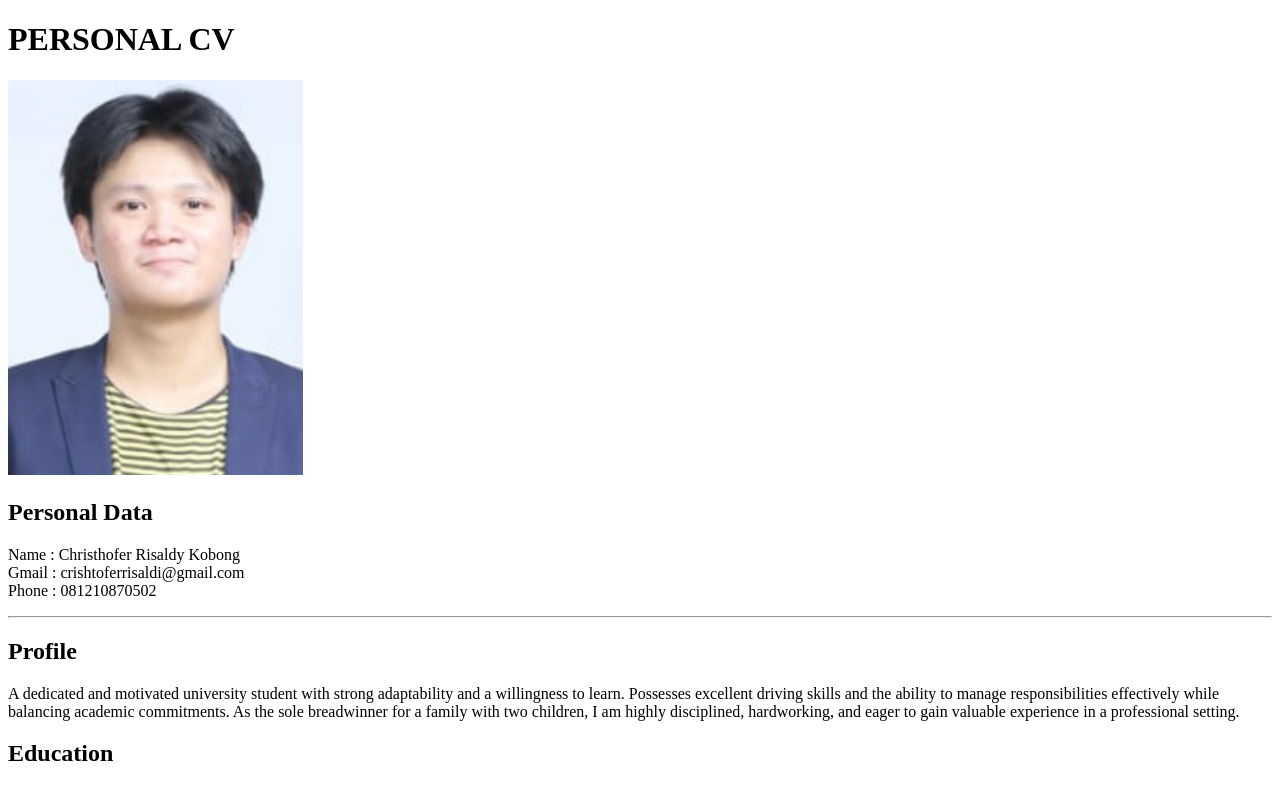
Repository: ChristhoferRisaldy/CVWeb
Page: web.html
An editor plug-in stored every save of this project. The page is shown before and after the next save, followed by the edit.
The browser window is 1280 px wide. The pictures show the whole page.

Above is the page before, as saved 2025-02-21 21:08:10.

### web.html
<!DOCTYPE html>
<html>
    <head>
        <meta name="viewport" content="width=device-width, inital-scale=1">
    </head>
    <body>
        <h1>PERSONAL CV</h1>
        <img src="1.png">
        <h2><b>Personal Data</b></h3>
        <p>
            Name : Christhofer Risaldy Kobong<br>
            Gmail : crishtoferrisaldi@gmail.com<br>
            Phone : 081210870502
        </p>
        <hr>
        <h2>Profile</h2>
        <p>A dedicated and motivated university student with strong adaptability and a willingness to learn. Possesses excellent driving skills and the ability to manage responsibilities effectively while balancing academic commitments. As the sole breadwinner for a family with two children, I am highly disciplined, hardworking, and eager to gain valuable experience in a professional setting.</p>
        <h2>Education</h2>
</html>

After the next save:
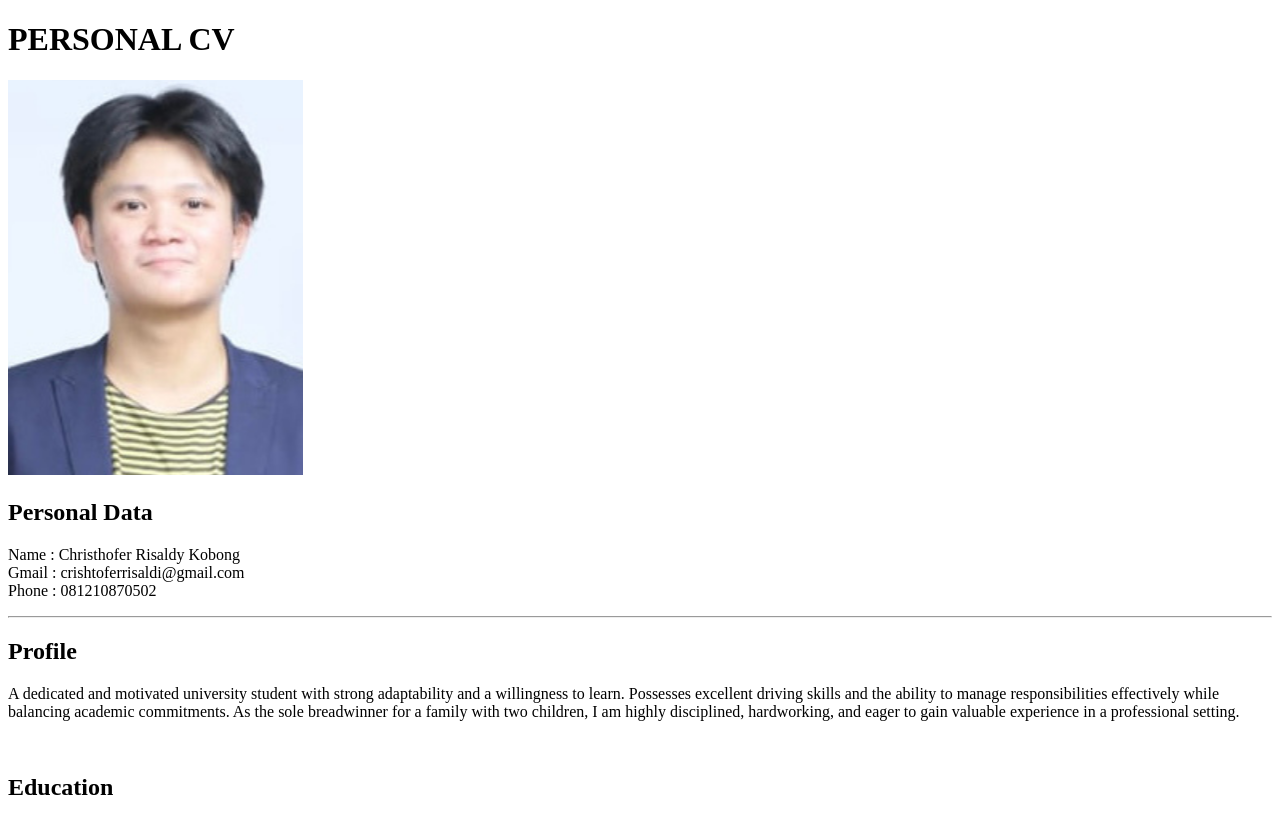
Saved 15 s later.
--- a/web.html
+++ b/web.html
@@ -14,6 +14,6 @@
         </p>
         <hr>
         <h2>Profile</h2>
-        <p>A dedicated and motivated university student with strong adaptability and a willingness to learn. Possesses excellent driving skills and the ability to manage responsibilities effectively while balancing academic commitments. As the sole breadwinner for a family with two children, I am highly disciplined, hardworking, and eager to gain valuable experience in a professional setting.</p>
+        <p>A dedicated and motivated university student with strong adaptability and a willingness to learn. Possesses excellent driving skills and the ability to manage responsibilities effectively while balancing academic commitments. As the sole breadwinner for a family with two children, I am highly disciplined, hardworking, and eager to gain valuable experience in a professional setting.</p><br>
         <h2>Education</h2>
 </html>

After the save that followed:
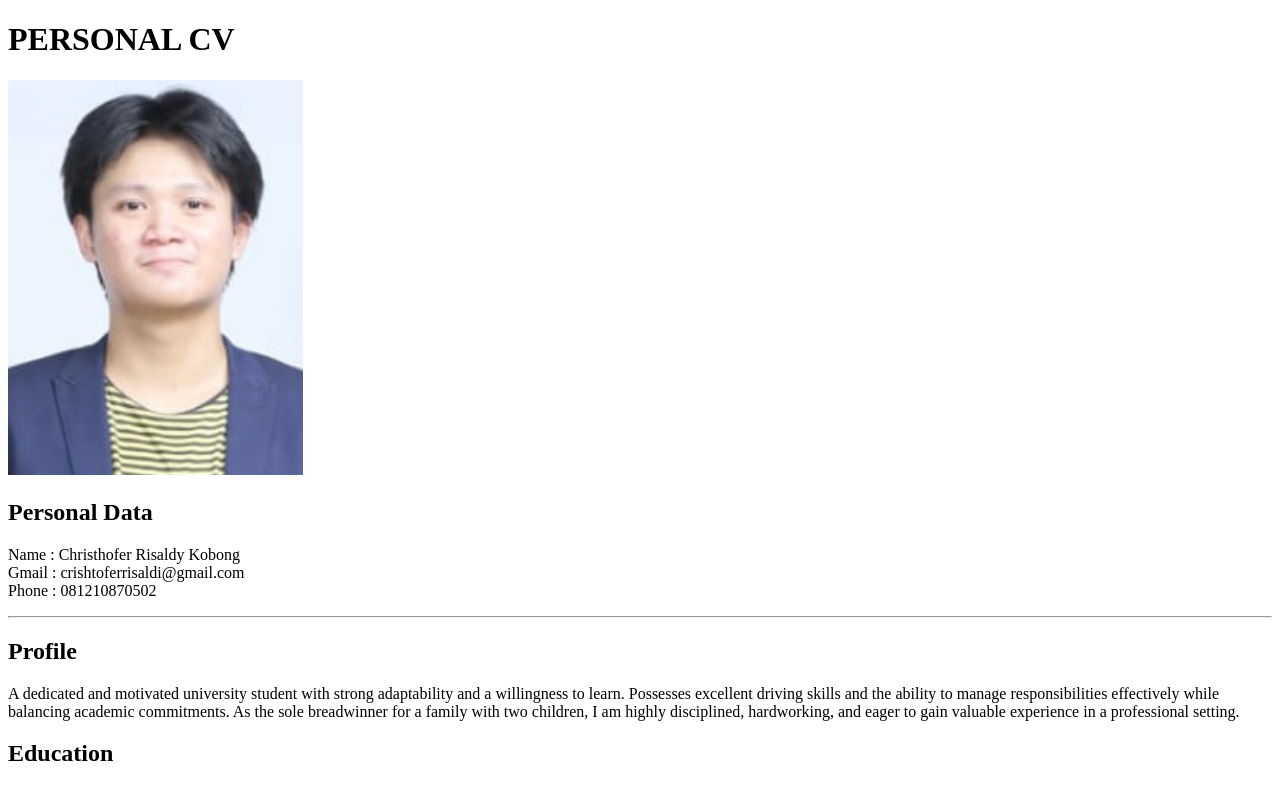
Saved 54 s later.
--- a/web.html
+++ b/web.html
@@ -6,14 +6,18 @@
     <body>
         <h1>PERSONAL CV</h1>
         <img src="1.png">
+
         <h2><b>Personal Data</b></h3>
         <p>
             Name : Christhofer Risaldy Kobong<br>
             Gmail : crishtoferrisaldi@gmail.com<br>
             Phone : 081210870502
         </p>
+
         <hr>
         <h2>Profile</h2>
-        <p>A dedicated and motivated university student with strong adaptability and a willingness to learn. Possesses excellent driving skills and the ability to manage responsibilities effectively while balancing academic commitments. As the sole breadwinner for a family with two children, I am highly disciplined, hardworking, and eager to gain valuable experience in a professional setting.</p><br>
+        <p>A dedicated and motivated university student with strong adaptability and a willingness to learn. Possesses excellent driving skills and the ability to manage responsibilities effectively while balancing academic commitments. As the sole breadwinner for a family with two children, I am highly disciplined, hardworking, and eager to gain valuable experience in a professional setting.
+        </p>
+
         <h2>Education</h2>
 </html>
